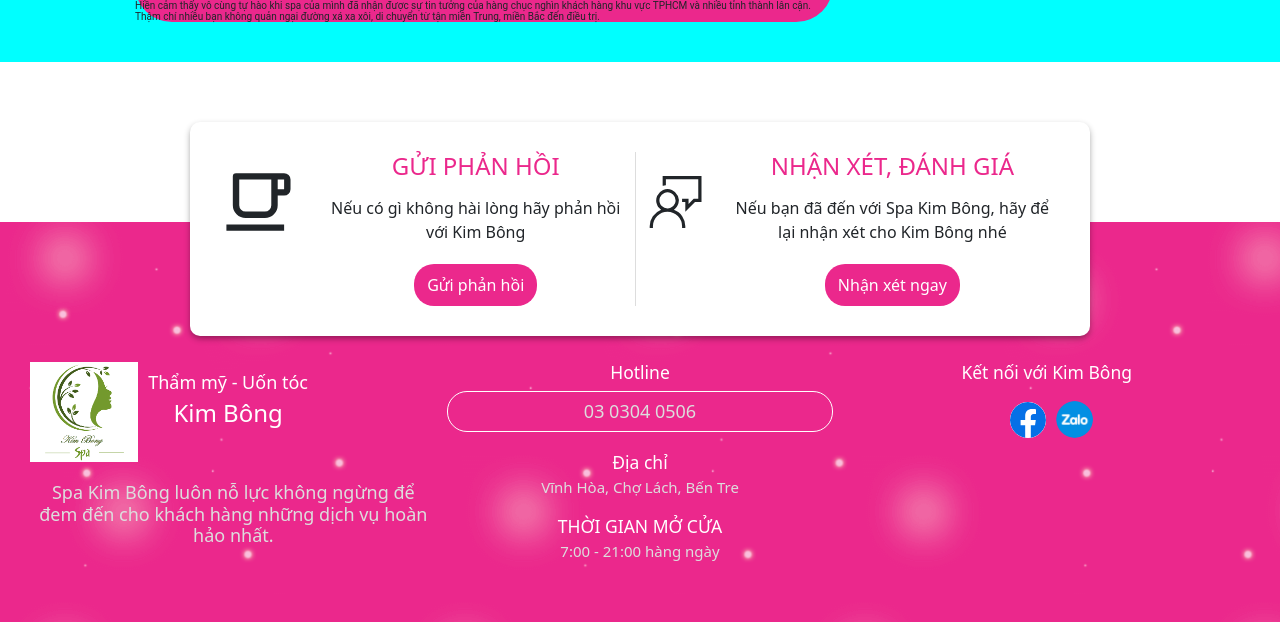
Repository: tranduykhuong/SpaKimBong
Page: /about
An editor plug-in stored every save of this project. The page is shown before and after the next save, followed by the edit.
The browser window is 1280 px wide. The pictures show the part of the page from y = 938 to 1580 px (the page is 1560 px tall before and 1580 px after).
The project was rebuilt for these pictures with package versions that can differ from the ones it lists, and the page was loaded fresh each time. Also part of the build but not shown: src/components/Header/Slider/slider.scss, src/components/Header/Slider/Slider.js, src/components/Header/ListImage/listImage.scss, src/components/Header/ListImage/ListImage.js, src/pages/Home/home.scss, src/pages/Home/ListImage/listImage.scss, src/pages/Home/ListImage/ListImage.js, src/pages/Home/BookOnline/bookOnl.scss and 6 more.

Above is the page before, as saved 2022-06-02 21:43:51.

### src/App.js
import "./App.css";
import Header from "./components/Header/Header";
import Home from "./pages/Home/Home";
import "bootstrap/dist/css/bootstrap.min.css";
import { Route, Routes } from "react-router-dom";
import About from "./pages/About/About";

function App() {
  return (
    <div className="App">
      <Header />
      <Routes>
        <Route path="/" element={<Home />} />
        <Route path="/about" element={<About />} />
      </Routes>
    </div>
  );
}

export default App;

### src/components/Header/Header.js
import React, { useEffect, useState } from "react";
import "./header.scss";
import { BsSearch, BsFacebook } from "react-icons/bs";
import { BiPhoneCall } from "react-icons/bi";
import Slider from "./Slider/Slider";
import ListImage from "./ListImage/ListImage";
import { Link, useLocation } from "react-router-dom";

function Header() {
  const path = useLocation().pathname;
  const [fixedNavbar, setFixedNavbar] = useState(false);

  useEffect(() => {
    // set fixed navbar
    const handleScroll = () => {
      if (window.scrollY < 1) {
        setFixedNavbar(true);
      }

      if (window.scrollY > 170) setFixedNavbar(true);
      else setFixedNavbar(false);
    };

    window.addEventListener("scroll", handleScroll);

    // cleanup function
    return () => {
      window.removeEventListener("scroll", handleScroll);
    };
  }, []);

  return (
    <div className="header">
      <div className={"infor " + (fixedNavbar ? "mg-navbar" : "")}>
        <div className="logo">
          <img src="../../img/logoSpa.png" alt="" />
          <div className="nameSpa">
            <h4>Thẩm mỹ - Uốn tóc</h4>
            <h2>Kim Bông</h2>
          </div>
        </div>

        <div className="search">
          <input type="text" placeholder="Tìm kiếm sản phẩm/ bài viết ..." />
          <a className="icon">
            <BsSearch className="iconSearch" />
          </a>
        </div>

        <div className="contact">
          <a href="/" className="icon">
            <BsFacebook className="iconFacebook" />
          </a>
          <a href="/" className="icon">
            <img src="../../img/Zalo.png" alt="" className="iconZalo" />
          </a>

          <div className="phone">
            <BiPhoneCall className="iconPhone" />
            <h3>03 0304 0506</h3>
          </div>
        </div>
      </div>
      <div className={"myNavbar " + (fixedNavbar ? "fixedNavbar" : "")}>
        <div className="navbarContent">
          <ul className="navbarList">
            <li className={path === "/" ? "active" : ""}>
              <Link to="/">TRANG CHỦ</Link>
            </li>
            <li className={path === "/about" ? "active" : ""}>
              <Link to="/about">GIỚI THIỆU</Link>
            </li>
            <li className={path === "/skin" ? "active" : ""}>
              <Link to="/">CHĂM SÓC DA</Link>
            </li>
            <li className={path === "/acne" ? "active" : ""}>
              <Link to="/">TRỊ MỤN</Link>
            </li>
            <li className={path === "/open-time" ? "active" : ""}>
              <Link to="/">LỊCH MỞ CỬA</Link>
            </li>
          </ul>
        </div>
      </div>
      {/* <Slider /> */}
      {/* <ListImage /> */}
    </div>
  );
}

export default Header;

### src/pages/About/About.js
import "./About.scss";
import React from "react";
import Footer from "./../../components/Footer/Footer";

const About = () => {
  return (
    <div>
      <div className="container1">
        <div className="container-image"></div>

        <div className="container-content">
          <div className="content-left">
            <div className="title">
              <h1>HIỀN VÂN SPA XUẤT PHÁT TỪ NIỀM ĐAM MÊ & KẾT QUẢ CỦA SỰ NỖ LỰC</h1>
            </div>
            <div className="box">
              <div className="box-content-img">
                <div className="box-img">
                  <img width={200} height={100} src="https://i.pinimg.com/originals/2c/84/5a/2c845a66b8ad2a8aafd288bdc16cd459.jpg"></img>
                </div>
                <div className="box-content">
                  <p>Hiền cảm thấy vô cùng tự hào khi spa của mình đã nhận được sự tin tưởng của hàng chục nghìn khách hàng khu vực TPHCM và nhiều tỉnh thành lân cận. Thậm chí nhiều bạn không quản ngại đường xá xa xôi, di chuyển từ tận miền Trung, miền Bắc đến điều trị.</p>
                </div>
              </div>
            </div>
          </div>
          <div className="image-right"></div>
        </div>
      </div>

      <Footer />
    </div>
  );
};

export default About;

### src/components/Header/header.scss
$height-navbar: 5rem;

.header {
    .mg-navbar {
        margin-bottom: $height-navbar;
    }

    .infor {
        max-width: 1200px;
        padding: .6rem 0;
        display: flex;
        justify-content: space-between;

        .logo {
            display: flex;
            flex: 1;

            img {
                height: 10rem;
            }

            .nameSpa {
                color: #eb288c;
                margin: auto 0;

                h4 {
                    font-size: 1.8rem;
                    font-weight: 500;
                }

                h2 {
                    font-size: 2.4rem;
                }
            }
        }


        .search {
            margin: auto 0;
            border-radius: 50px;
            border: solid .1rem #eb288c;
            height: 37px;
            display: flex;

            input {
                font-size: 1.4rem;
                margin: auto 16px;
                min-width: 26rem;
                border: none;
                outline: none;
            }

            .icon {
                margin: auto 10px;
                cursor: pointer;
            }

            .iconSearch {
                width: 1.8rem;
                height: 1.8rem;
                color: #eb288c;

                &:hover {
                    color: #f867b2;
                }
            }
        }

        .contact {
            display: flex;
            margin-left: 20px;

            .icon {
                margin: auto 0;
                margin-left: 10px;

            }

            .iconFacebook {
                width: 2.8rem;
                height: 2.8rem;
                color: rgba($color: #0570e6, $alpha: 1.0);
            }

            .iconZalo {
                width: 2.8rem;
                height: 2.8rem;
                border-radius: 50%;
            }

            .phone {
                margin: auto 0;
                margin-left: 20px;
                display: flex;

                .iconPhone {
                    width: 2.6rem;
                    height: 2.6rem;
                }

                h3 {
                    font-size: 1.4rem;
                    font-weight: 500;
                    margin: auto 4px;
                }
            }

        }
    }

    .fixedNavbar {
        position: fixed;
        top: 0;
        left: 0;
        z-index: 50;
        width: 100%;
        animation: fixedNavbar 1s forwards;
    }

    @keyframes fixedNavbar {
        from {
            top: -5rem;
            opacity: 0;
        }

        to {
            top: 0;
            opacity: 1;
        }
    }

    .myNavbar {
        height: $height-navbar;
        background-color: #eb288c;

        .navbarContent {
            max-width: 1200px;
            margin: 0 auto;

            .navbarList {
                display: flex;
                margin: 0 1rem;
                // justify-content: space-evenly;

                li {
                    list-style: none;

                    a {
                        line-height: $height-navbar;
                        height: $height-navbar;
                        display: block;
                        color: #fff;
                        font-size: 1.6rem;
                        font-weight: 600;
                        text-decoration: none;
                        padding: 0 2rem;
                    }

                    &:hover {
                        background-color: #f844a1;
                        cursor: pointer;
                    }
                }

                .active {
                    background-color: #dd0876;
                }
            }
        }
    }
}

### src/components/Footer/Footer.js
import React, { useEffect } from "react";
import "./footer.scss";
import { BsFacebook } from "react-icons/bs";
import { RiCupLine } from "react-icons/ri";
import { VscFeedback } from "react-icons/vsc";

const Footer = () => {
  return (
    <div className="footer">
      <div className="logo">
        <div className="info">
          <img src="../../img/logoSpa.png" alt="" />
          <div className="nameSpa">
            <h4>Thẩm mỹ - Uốn tóc</h4>
            <h2>Kim Bông</h2>
          </div>
        </div>

        <h5>
          Spa Kim Bông luôn nỗ lực không ngừng để đem đến cho khách hàng những
          dịch vụ hoàn hảo nhất.
        </h5>
      </div>

      <div className="address">
        <h3>Hotline</h3>
        <div className="hotline">03 0304 0506</div>
        <h3>Địa chỉ</h3>
        <h4>Vĩnh Hòa, Chợ Lách, Bến Tre</h4>
        <h3>THỜI GIAN MỞ CỬA</h3>
        <h4>7:00 - 21:00 hàng ngày</h4>
      </div>
      <div className="contact">
        <h3>Kết nối với Kim Bông</h3>
        <a href="/" className="icon">
          <BsFacebook className="iconFacebook" />
        </a>
        <a href="/" className="icon">
          <img src="../../img/Zalo.png" alt="" className="iconZalo" />
        </a>
      </div>

      <div className="subFooter">
        <div className="report">
          <RiCupLine className="icon" />
          <div>
            <h3>Gửi phản hồi</h3>
            <p>Nếu có gì không hài lòng hãy phản hồi với Kim Bông</p>
            <div className="btn">Gửi phản hồi</div>
          </div>
        </div>
        <div className="feedback">
          <VscFeedback className="icon" />
          <div>
            <h3>Nhận xét, Đánh giá</h3>
            <p>
              Nếu bạn đã đến với Spa Kim Bông, hãy để lại nhận xét cho Kim Bông
              nhé
            </p>
            <div className="btn">Nhận xét ngay</div>
          </div>
        </div>
      </div>
    </div>
  );
};

export default Footer;

### src/pages/About/About.scss
.container1 {
  .container-image {
    width: 100%;
    height: 400px;
    // padding: 5rem;
    // display: flex;
    align-items: center;
    justify-content: center;
    background-image: url("https://i.pinimg.com/originals/2c/84/5a/2c845a66b8ad2a8aafd288bdc16cd459.jpg");
  }

  .container-content {
    display: flex;
    width: 100%;
    background-color: aqua;

    .content-left {
      width: 60%;
      padding: 0 35px 30px;
      margin-left: 100px;
      text-align: left;

      .title {
        margin: 30px 0;
        h1 {
          font-size: 3rem;
          font-weight: bolder;
          line-height: 1.6;
        }
      }

      .box{
        .box-content-img{
          background-color: #eb288c;
          border-radius: 37px;

          .box-img{
            padding: 20px 20px 0 20px;

            img{
              width: 100%;
              height: 200px;
            }
          }

          .box-content{
            font: 16px Roboto, sans-serif;
          }
        }

      }
    }
  }
}

### src/components/Footer/footer.scss
$title-color: #fff;

.footer {
    background-image: url(../../../public/img/sparkle1.png), url(../../../public/img/sparkle2.png);
    width: 100%;
    height: 400px;
    background-color: #eb288c;
    animation: sparkle 60s linear infinite;
    padding: 14rem 3rem 0;
    display: flex;
    justify-content: space-around;
    position: relative;
    margin-top: 16rem;

    .logo {
        flex: 1;

        .info {
            display: flex;

            img {
                height: 10rem;
            }

            .nameSpa {
                color: $title-color;
                margin: 1rem;

                h4 {
                    font-size: 1.8rem;
                    font-weight: 500;
                }

                h2 {
                    font-size: 2.4rem;
                }
            }
        }

        h5 {
            margin: 2rem .6rem;
            font-size: 1.8rem;
            font-weight: 400;
            color: #ddd;
        }
    }

    .contact {
        flex: 1;

        h3 {
            margin-bottom: 1.8rem;
            color: $title-color;
        }

        .icon {
            margin: auto 0;
            margin-left: 10px;

        }

        .iconFacebook {
            width: 3.6rem;
            height: 3.6rem;
            color: rgba($color: #0570e6, $alpha: 1.0);
            background-color: $title-color;
            border-radius: 50%;
        }

        .iconZalo {
            width: 3.7rem;
            height: 3.7rem;
            border-radius: 50%;
        }
    }

    .address {
        color: #ddd;
        flex: 1;

        h3 {
            // margin-bottom: 2rem;
            color: $title-color;
        }

        h4 {
            margin-bottom: 2rem;
        }

        .hotline {
            padding: .6rem;
            font-size: 1.8rem;
            margin: .8rem 1rem 2rem;
            border: 1px solid $title-color;
            border-radius: 2rem;

            &:hover {
                color: $title-color;
                cursor: pointer;
            }
        }
    }

    @keyframes sparkle {
        0% {
            background-position: 0px 0px, 0px 0px, 0px 0px;
        }

        100% {
            background-position: -500px -1000px, -400px -400px, 300px 300px;
        }
    }

    .subFooter {
        width: 100%;
        max-width: 90rem;
        min-height: 20rem;
        box-shadow: 0 3px 6px -4px rgba(0, 0, 0, 0.2), 0 3px 6px rgba(0, 0, 0, 0.3);

        background-color: #fff;
        border-radius: 1rem;
        z-index: 50;
        top: -10rem;
        left: 50%;
        transform: translateX(-50%);
        position: absolute;
        display: flex;
        padding: 3rem;
        justify-content: space-around;

        .report,
        .feedback {
            display: flex;
            flex: 1;
            justify-content: center;

            h3 {
                text-transform: uppercase;
                font-size: 2.4rem;
                color: #eb288c;
            }

            p {
                font-size: 1.6rem;
                padding: 1rem;
            }

            .icon {
                height: 10rem;
                width: 10rem;
                margin-right: 2rem;
            }

            .btn {
                padding: 0.8rem 1.2rem;
                background-color: #eb288c;
                border-radius: 2rem;
                font-size: 1.6rem;
                color: #fff;

                &:hover {
                    background-color: #cc1574;
                }
            }
        }

        .report {
            border-right: 1px solid #ddd;
        }

        .feedback {
            margin-left: 1rem;
        }
    }
}

Loaded but not shown: public/index.html (common file); src/index.js (common file); src/index.css (common file); src/reportWebVitals.js (common file); src/App.css (common file)

After the next save:
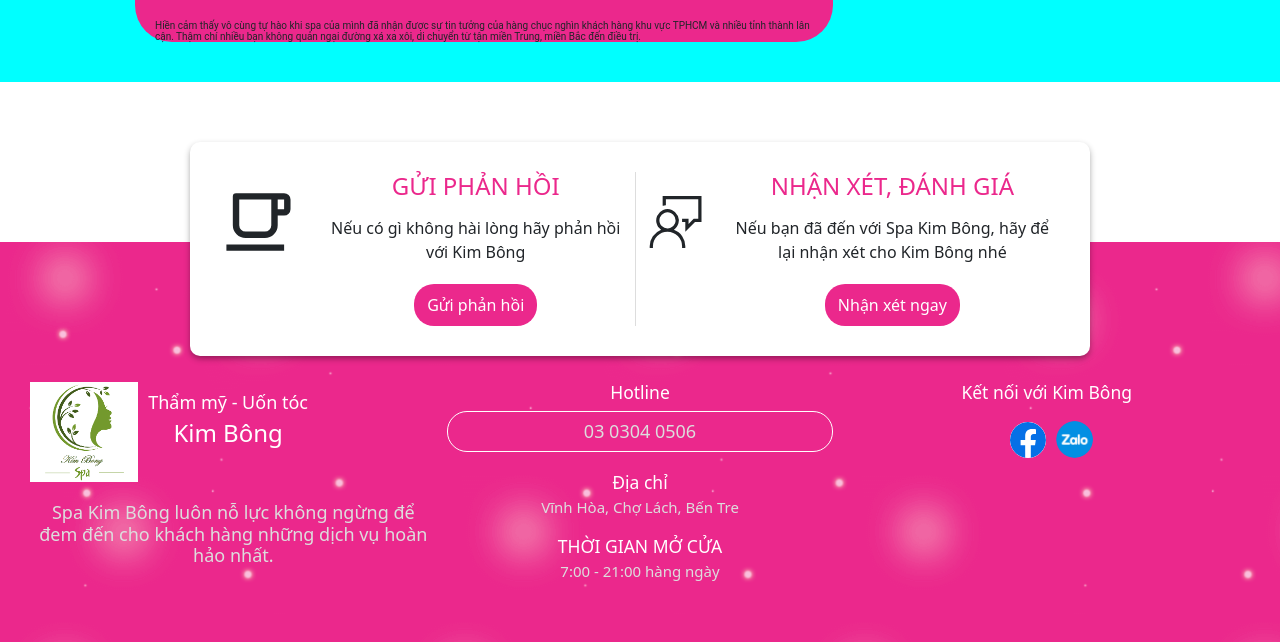
Saved 12 s later.
--- a/src/pages/About/About.scss
+++ b/src/pages/About/About.scss
@@ -45,6 +45,8 @@
 
           .box-content{
             font: 16px Roboto, sans-serif;
+            padding: 20px 20px 0 20px;
+
           }
         }
 

After the save that followed:
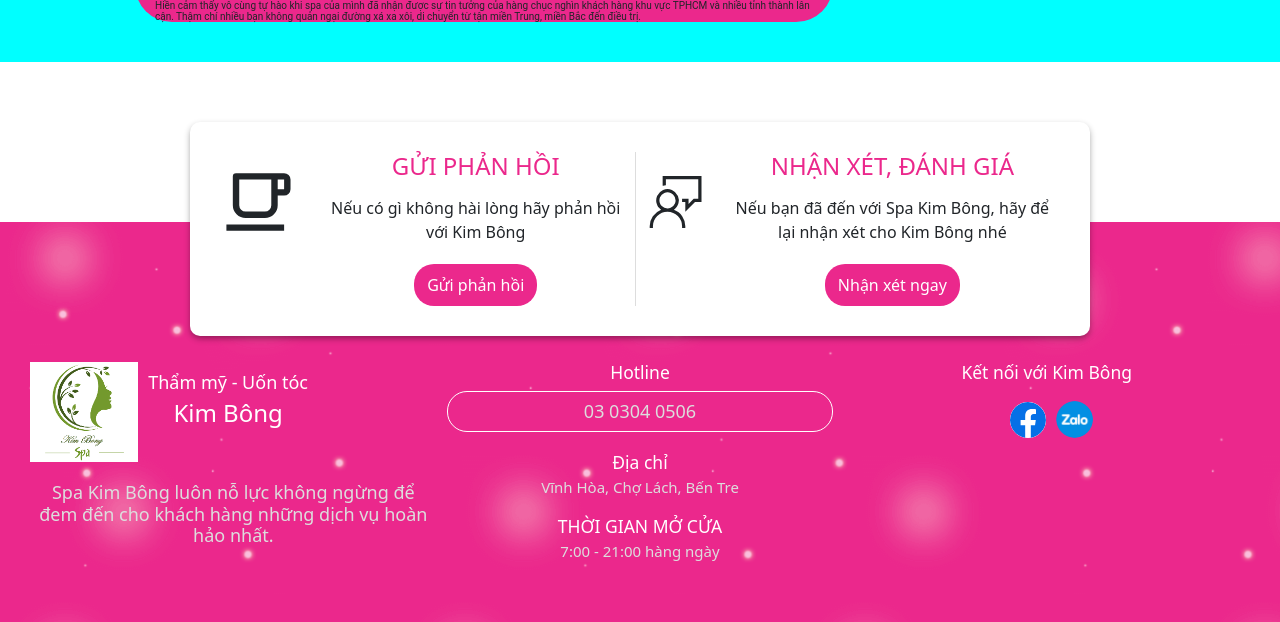
Saved 11 s later.
--- a/src/pages/About/About.scss
+++ b/src/pages/About/About.scss
@@ -45,7 +45,7 @@
 
           .box-content{
             font: 16px Roboto, sans-serif;
-            padding: 20px 20px 0 20px;
+            padding: 0 20px 0 20px;
 
           }
         }
